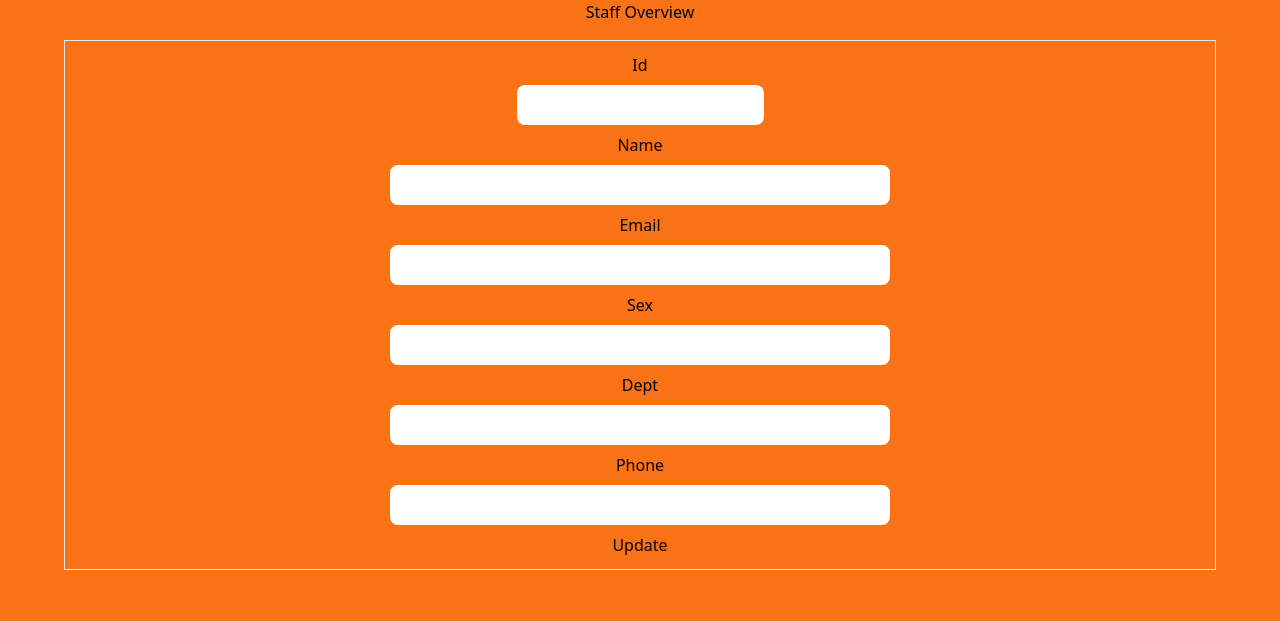
Repository: Semanmernstack/crud
Page: /employee/create
An editor plug-in stored every save of this project. The page is shown before and after the next save, followed by the edit.
The browser window is 1280 px wide. The pictures show the whole page.
The project was rebuilt for these pictures with package versions that can differ from the ones it lists, and the page was loaded fresh each time. Also part of the build but not shown: src/List.js, src/Details.js, src/Edit.js.

Above is the page before, as saved 2022-12-24 01:52:01.

### src/App.js
import List from "./List";
import {
  BrowserRouter,
  Routes,
  Route,

} from "react-router-dom";
import Details from "./Details";
import Create from "./Create";
import Edit from "./Edit";



function App() {
  return (
    <div className="bg-slate-100 h-screen">
      <BrowserRouter>

      <Routes>
        <Route path="/" element={<List/>}> </Route>
        <Route path="/employee/create" element={<Create/>}> </Route>
        <Route path="/employee/details/:empid" element={<Details/>}> </Route>
        <Route path="/employee/edit/:empid" element={<Edit/>}> </Route>
      </Routes>
      </BrowserRouter>

    </div>
  );
}

export default App;

### src/Create.js
import React from 'react'

function Create() {
  return (
    <div className="flex flex-col h-screen bg-orange-500  text-center ">
        <div>
            <p className="mb-4">Staff Overview</p>
        </div>
        <form className="">
          <div className="flex text-center p-3 justify-center border max-w-6xl mx-auto  items-center flex-col gap-2">
            <div className="flex flex-col  items-center">
              <span>Id</span>
              <input className='w-full mt-2 outline-none border-none p-2 rounded-lg'   type="text" />
            </div>
            <div className="flex flex-col w-[500px] items-center">
              <span>Name</span>
              <input className='w-full mt-2 outline-none border-none p-2 rounded-lg' type="text" required />
            </div>
            <div className="flex flex-col w-[500px] items-center">
              <span>Email</span>
              <input className='w-full mt-2 outline-none border-none p-2 rounded-lg' type="email" />
            </div>
            <div className="flex flex-col w-[500px] items-center">
              <span>Sex</span>
              <input className='w-full mt-2 outline-none border-none p-2 rounded-lg' type="text" />
            </div>
            <div className="flex flex-col w-[500px] items-center">
              <span>Dept</span>
              <input className='w-full mt-2 outline-none border-none p-2 rounded-lg' type="text" />
            </div>
            <div className="flex flex-col w-[500px] items-center">
              <span>Phone</span>
              <input className='w-full mt-2 outline-none border-none p-2 rounded-lg' type="number" />
            </div>
            <button>Update</button>
          </div>
        </form>
    </div>
  )
}

export default Create

Loaded but not shown: public/index.html (common file); src/index.js (common file); src/index.css (common file); src/reportWebVitals.js (common file); tailwind.config.js (common file)

After the next save:
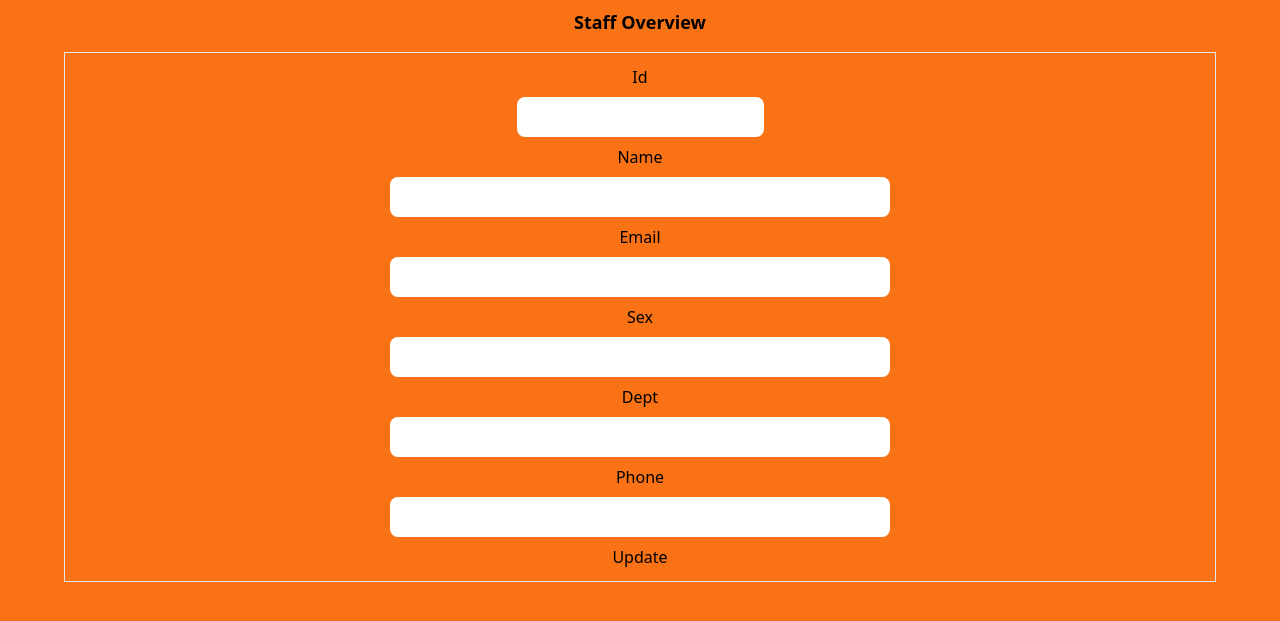
Saved 22 s later.
--- a/src/Create.js
+++ b/src/Create.js
@@ -4,7 +4,7 @@ function Create() {
   return (
     <div className="flex flex-col h-screen bg-orange-500  text-center ">
         <div>
-            <p className="mb-4">Staff Overview</p>
+            <p className="mb-4 mt-2 text-lg font-extrabold">Staff Overview</p>
         </div>
         <form className="">
           <div className="flex text-center p-3 justify-center border max-w-6xl mx-auto  items-center flex-col gap-2">
